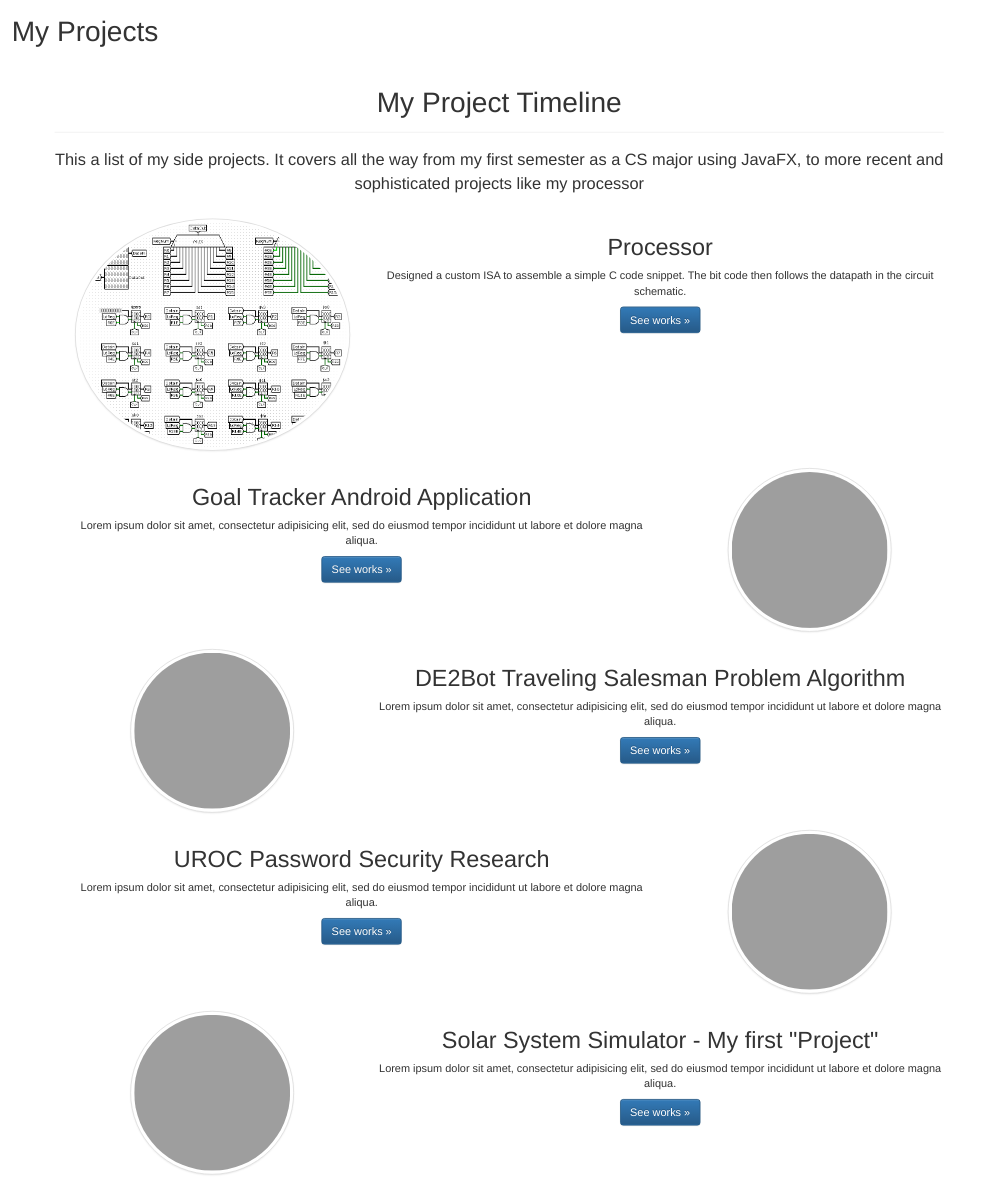
Repository: austinHerring/PersonalWebsite
Page: PersonalWebsite/WebContent/projects.html
An editor plug-in stored every save of this project. The page is shown before and after the next save, followed by the edit.
The browser window is 1280 px wide. The pictures show the whole page, at 78% of full size.
Pictures or frames that could not be fetched are drawn as grey boxes.

Above is the page before, as saved 2016-05-28 06:04:20.

After the next save:
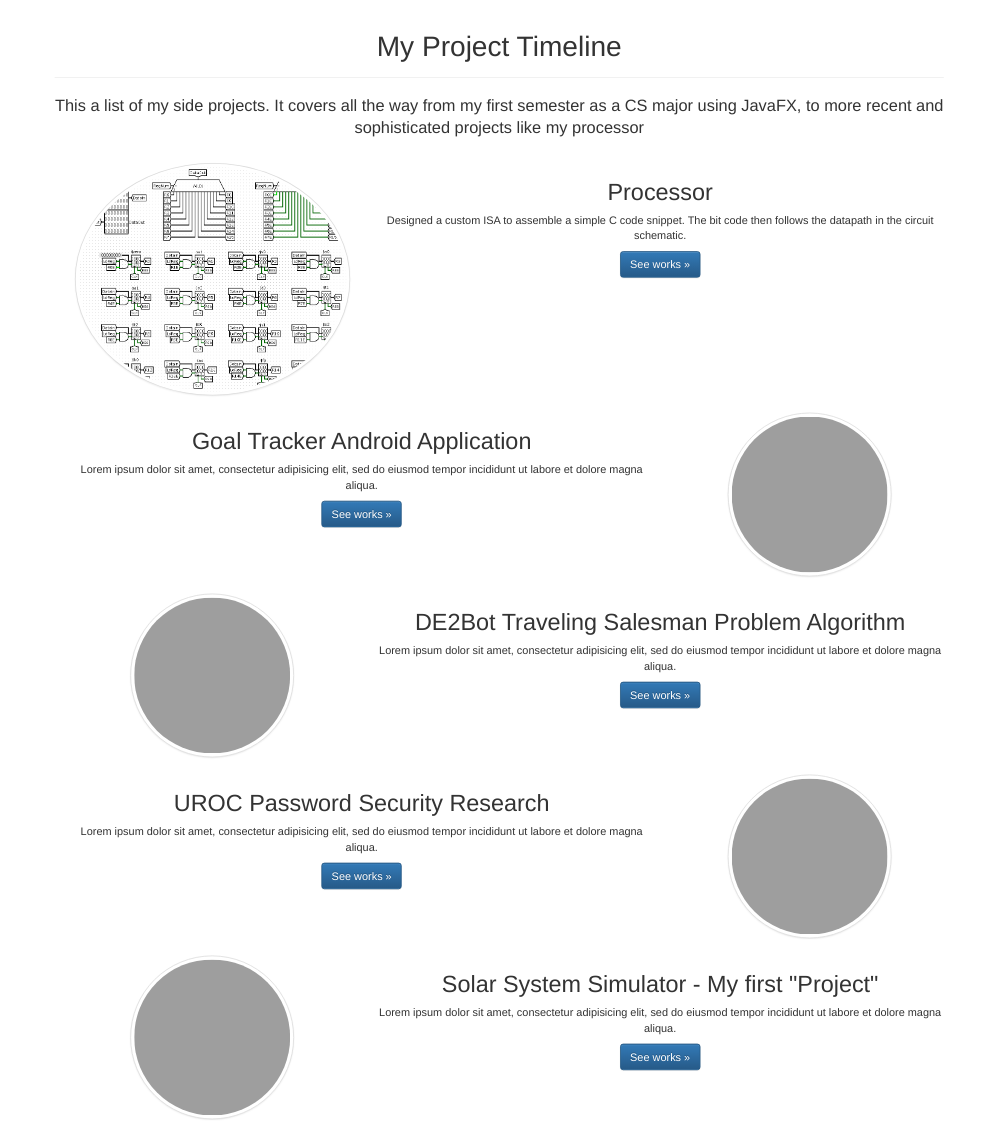
Saved 82 s later.
--- a/PersonalWebsite/WebContent/projects.html
+++ b/PersonalWebsite/WebContent/projects.html
@@ -6,22 +6,6 @@
 		<link rel="stylesheet" href="css/bootstrap-theme.min.css">
 		<link rel="stylesheet" href="css/projects.css">
 	</head>
-	<body>
-		<div class="container-fluid">
-			<div class="row">
-				<div class="col-lg-12">
-					<h1>My Projects</h1>
-				</div>
-			</div>
-			<div class="row">
-				<div class="col-lg-12">
-				</div>
-			</div>
-		</div>
-
-		<script src="js/jquery.min.js"></script>
-		<script src="js/bootstrap.min.js"></script>
-	</body>
 
 	<div class="container">
   <div class="page-header">
